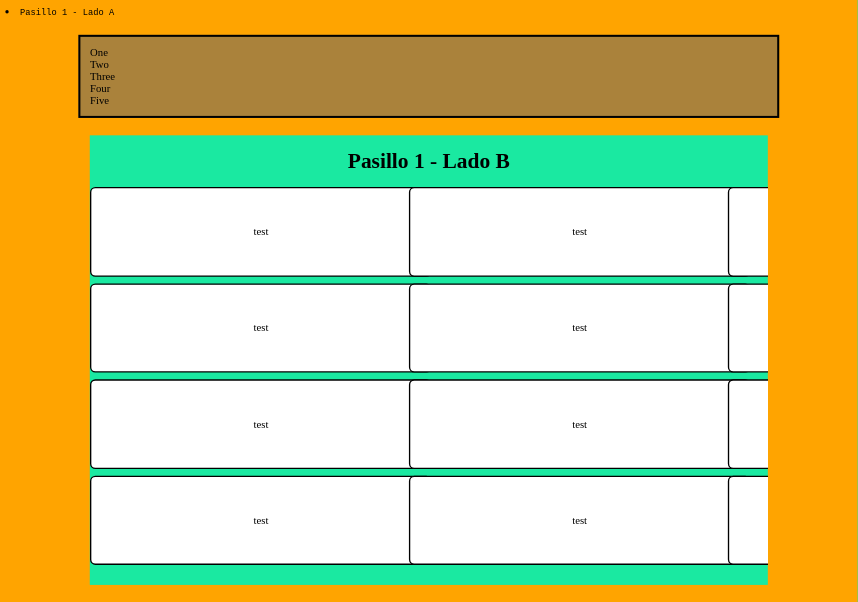
Repository: Franzcod/DepoStock_Web
Page: index.html
These files come from the project's save history. The page is drawn as it stood at one moment and after the next save; the edit follows.
The browser window is 1280 px wide. The pictures show the whole page, at 67% of full size.

Above is the page before, as saved 2020-06-07 02:52:23.
Console error: ReferenceError: ur is not defined

### index.html
<!DOCTYPE html>
<html lang="en">
<head>
    <meta charset="UTF-8">
    <meta name="viewport" content="width=device-width, initial-scale=1.0">
    <title>Deposito Probusol</title>

    <link rel="stylesheet" href="estilo/estilo.css">
</head>
<body>

    <li><code>Pasillo 1 - Lado A</code>
        <div id="div2">
            <div class="wrapper">
                <div class="box1">One</div>
                <div class="box2">Two</div>
                <div class="box3">Three</div>
                <div class="box4">Four</div>
                <div class="box5">Five</div>
            </div>
        </div>
    </li>

    <div class="app">
        <h1>Pasillo 1 - Lado B</h1>

        <ul class="hs">
            <li class="item">test</li>
            <li class="item">test</li>
            <li class="item">test</li>
            <li class="item">test</li>
            <li class="item">test</li>
            <li class="item">test</li>
            <li class="item">test</li>
            <li class="item">test</li>
            <li class="item">test</li>
            <li class="item">test</li>
            <li class="item">test</li>
            <li class="item">test</li>

        </ul>

        <!-- <div class="container">
            <div class="item">
            <h3>Block for context</h3>
            </div>
        </div> -->
    </div>






    <script>ur</script>

</body>







</html>

### estilo/estilo.css
html{
    background-color: rgba(255, 164, 0, 1);
}

#div2 {
    border: 3px solid black;
    width:  80%;
    height: 40%;
    margin: 2vw auto;
    padding: 2vh 2vh;
    background-color: rgba(105, 105, 105, 0.565);
}

#div2 { overflow-x: scroll;}

:root {
--gutter: 20px;
}

.app {
padding: var(--gutter) 0;
display: grid;
grid-gap: var(--gutter) 0;
/* grid-template-columns: var(--gutter) 1fr var(--gutter); */
align-content: start;
}

/* .app > * {
grid-column: 2 / 2;
} */
/*
.app > .full {
grid-column: 1 / -1;
} */

.hs {
    display: grid;
    grid-gap: calc(var(--gutter) / 2);
    grid-template-columns: repeat(3, calc(50% - var(--gutter) * 2));
    grid-template-rows: minmax(7vw, 1fr);

    overflow-x: scroll;
    /* scroll-snap-type: x proximity; */
    padding-bottom: calc(.75 * var(--gutter));
    margin-bottom: calc(-.25 * var(--gutter));

}

/* Demo styles */

ul {
    list-style: none;
    padding: 0;
    margin: 0;
}

h1,
h2,
h3 {
    margin: auto;
}

.app {
    width: 80%;
    height: 30%;
    background: rgb(26, 233, 161);
    overflow-y: scroll;
    margin: 2vw auto;

}

.hs > li,
.item {
    scroll-snap-align: center;
    padding: calc(var(--gutter) / 1 );
    display: flex;
    flex-direction: column;
    justify-content: center;
    align-items: center;
    background: #fff;
    border: 2px solid black;
    border-radius: 8px;
    height: 7vw;
    width: 100%;

}

After the next save:
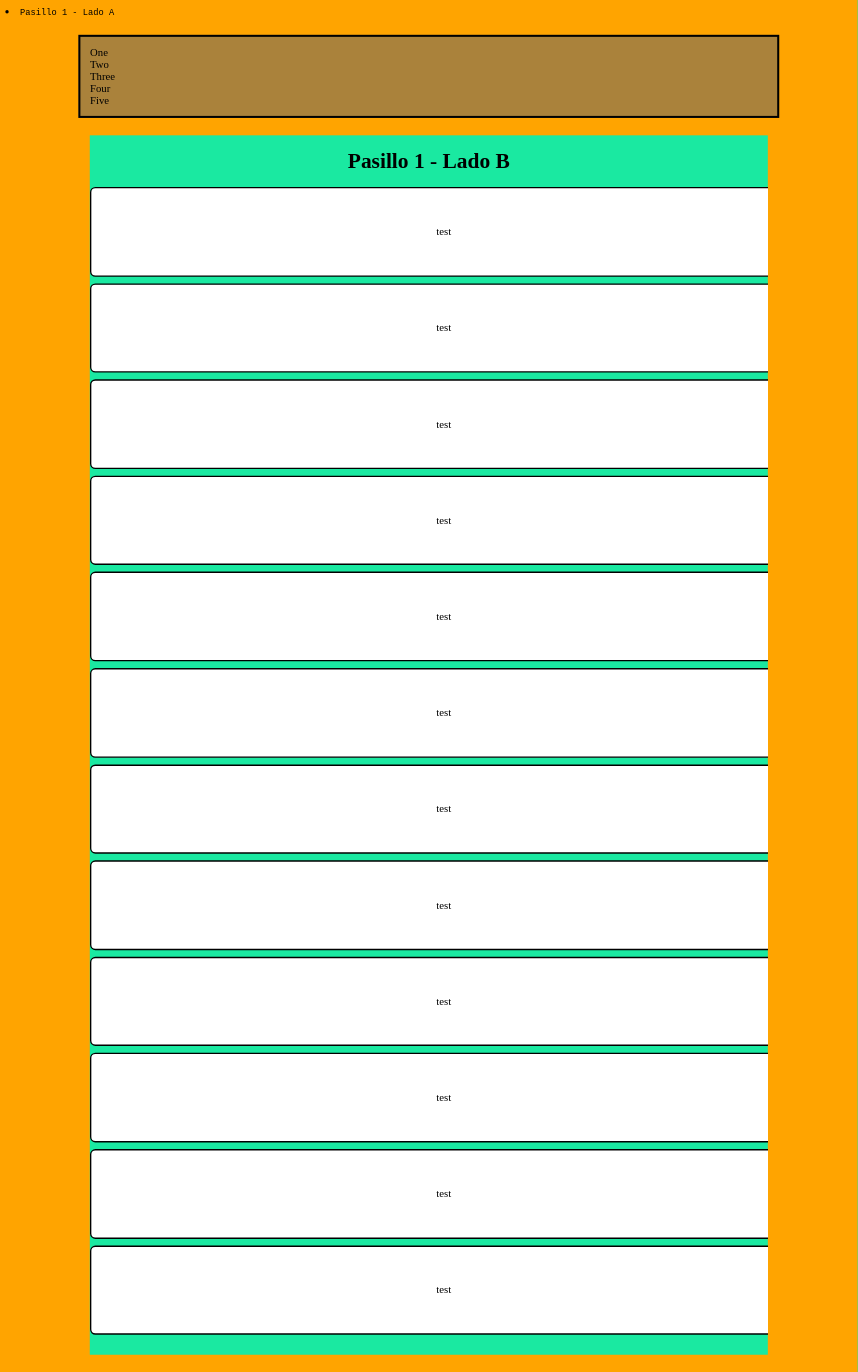
Saved 16 s later.
--- a/estilo/estilo.css
+++ b/estilo/estilo.css
@@ -36,7 +36,7 @@
 .hs {
     display: grid;
     grid-gap: calc(var(--gutter) / 2);
-    grid-template-columns: repeat(3, calc(50% - var(--gutter) * 2));
+    grid-template-columns: repeat(3, );
     grid-template-rows: minmax(7vw, 1fr);
 
     overflow-x: scroll;

After the 3 saves that followed:
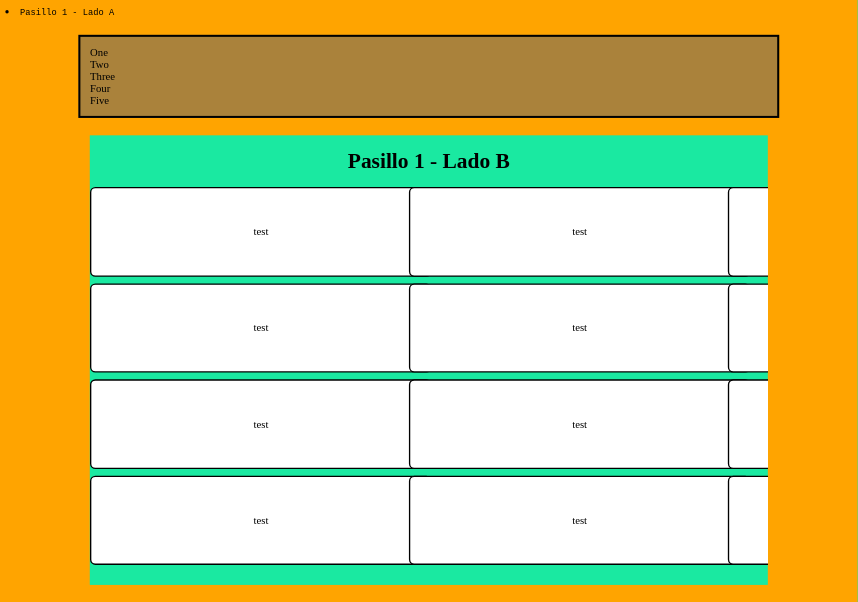
The 3 saves are shown as one change because 2 left the picture as it was.
The last was saved 18 s later.
--- a/estilo/estilo.css
+++ b/estilo/estilo.css
@@ -36,7 +36,7 @@
 .hs {
     display: grid;
     grid-gap: calc(var(--gutter) / 2);
-    grid-template-columns: repeat(3, );
+    grid-template-columns: repeat(3, calc(50% - var(--gutter) * 2));
     grid-template-rows: minmax(7vw, 1fr);
 
     overflow-x: scroll;
